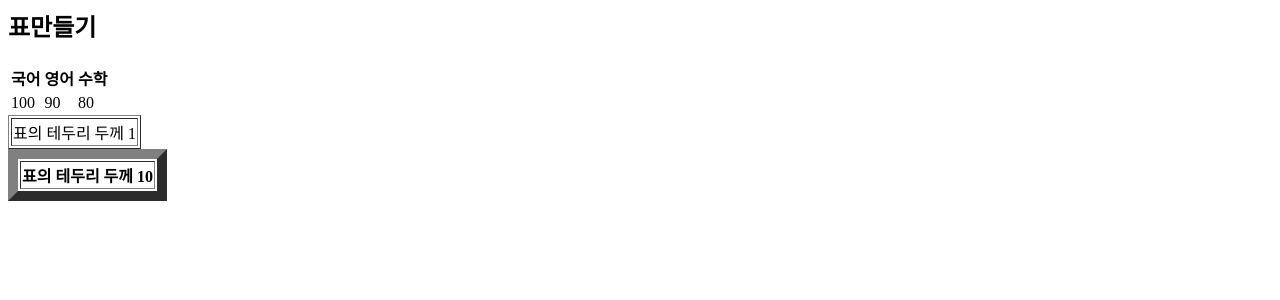
Repository: kisunssong/jsp
Page: http://localhost/test/table.jsp
The author's editor kept a copy of each file at every save. The page is drawn from the files as they stood at one save, then again after the next save.
The browser window is 1280 px wide. The pictures show the whole page.
The page is served by Tomcat 9.

Above is the page before, as saved 2020-10-28 13:52:28.

### test/WebContent/table.jsp
<%@ page language="java" contentType="text/html; charset=EUC-KR"
    pageEncoding="EUC-KR"%>
<HTML>
<HEAD><TITLE>표만들기 시작~</TITLE></HEAD>
<H2>표만들기</H2>
<TABLE>
<TR><TH>국어<TH>영어<TH>수학</TR>
<!-- TR은 ROW 하나의 행을 구분 을 지정) -->
<!-- TH은 COLUMN 윗줄에 제목 지정 -->
<TR><TD>100<TD>90<TD>80</TR>
<!-- TD은 COLUMN에 밑에 데이터를 지정 -->

<TABLE BORDER="1">
<TR><TD>표의 테두리 두께 1</TR>
<TABLE BORDER="10">
<TR><TH>표의 테두리 두께 10</TR>
</TABLE>
<TR></TR>
</TABLE>

</HTML>

After the next save:
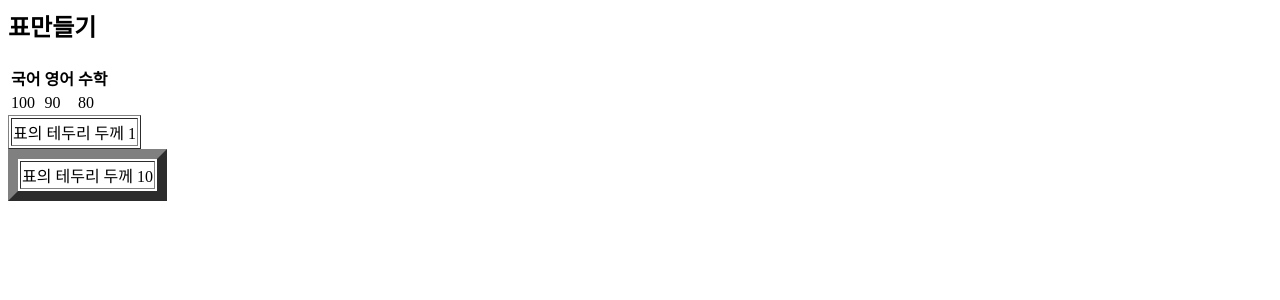
Saved 17 s later.
--- a/test/WebContent/table.jsp
+++ b/test/WebContent/table.jsp
@@ -13,7 +13,7 @@
 <TABLE BORDER="1">
 <TR><TD>표의 테두리 두께 1</TR>
 <TABLE BORDER="10">
-<TR><TH>표의 테두리 두께 10</TR>
+<TR><TD>표의 테두리 두께 10</TR>
 </TABLE>
 <TR></TR>
 </TABLE>
